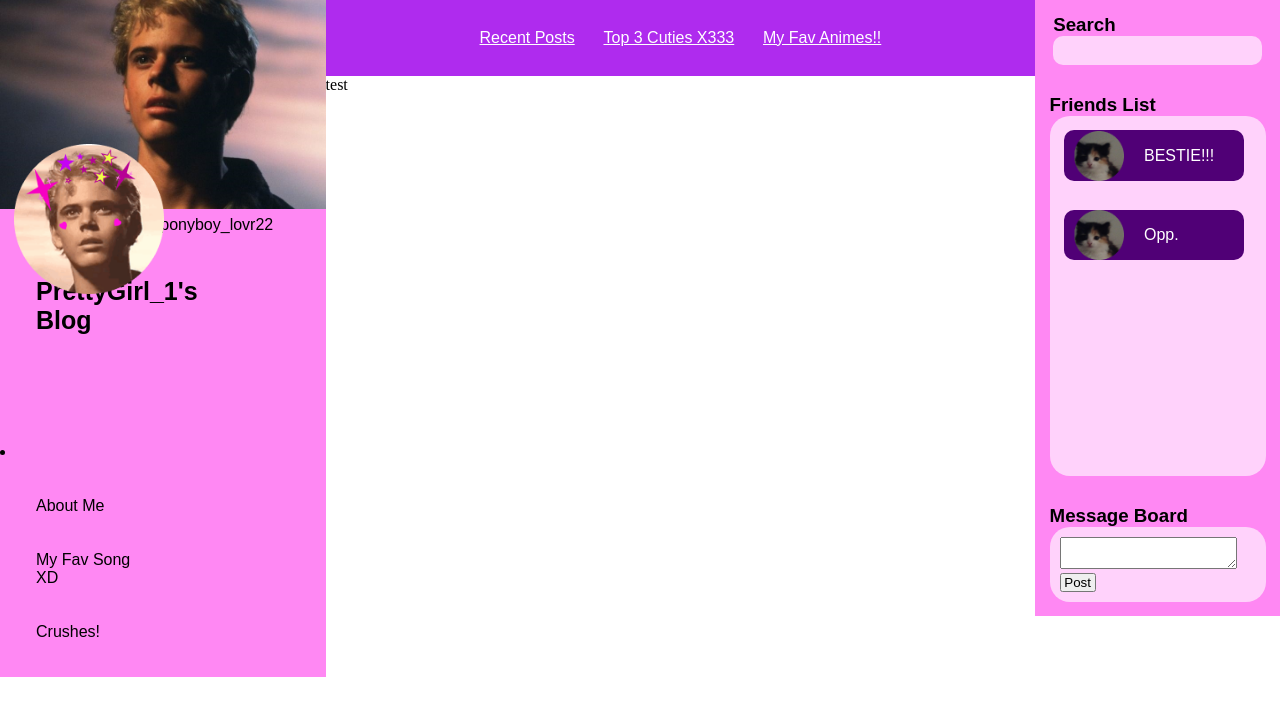
Repository: Jennica1/Frontend-Final
Page: index.html
The author's editor kept a copy of each file at every save. The page is drawn from the files as they stood at one save, then again after the next save.
The browser window is 1280 px wide. The pictures show the whole page.

Above is the page before, as saved 2024-05-23 12:06:01.

After the next save:
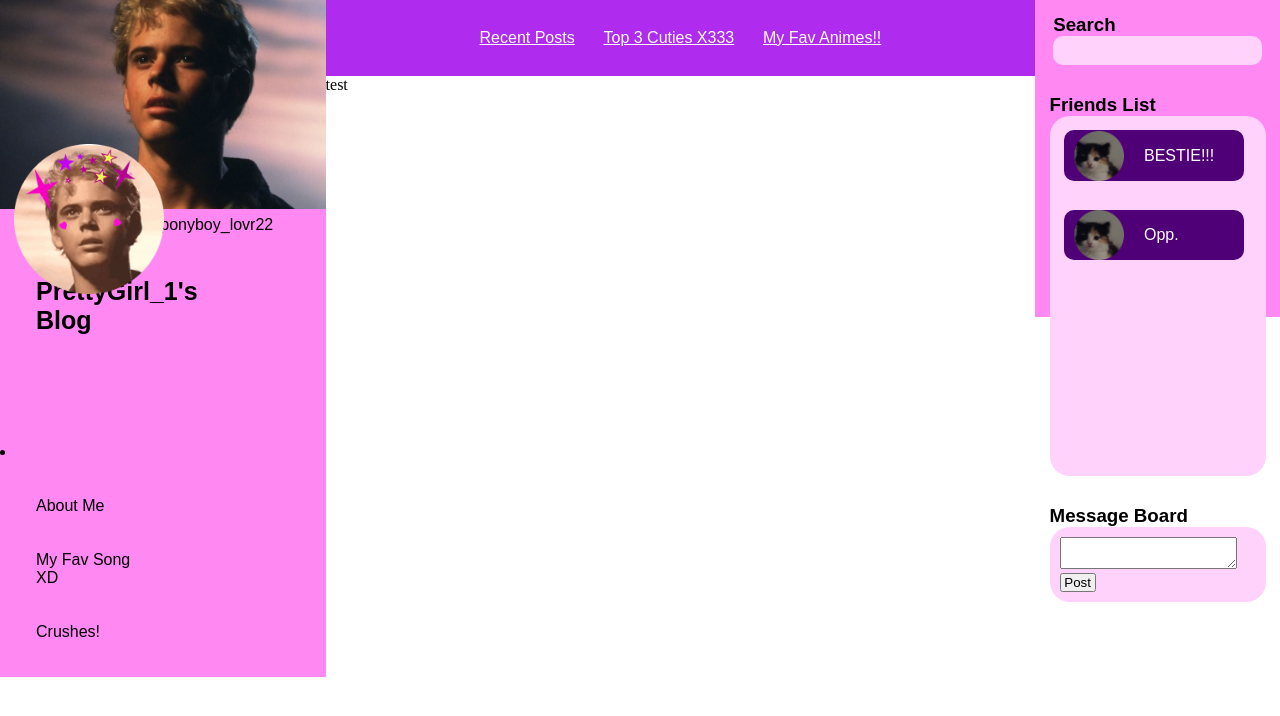
Saved 6 s later.
--- a/style.css
+++ b/style.css
@@ -95,7 +95,7 @@
   align-items: center;
   padding: 2vh;
   font-family: Arial;
-  height: max-content;
+  height: 40vh;
 }
 
 .search-bar {

After the save that followed:
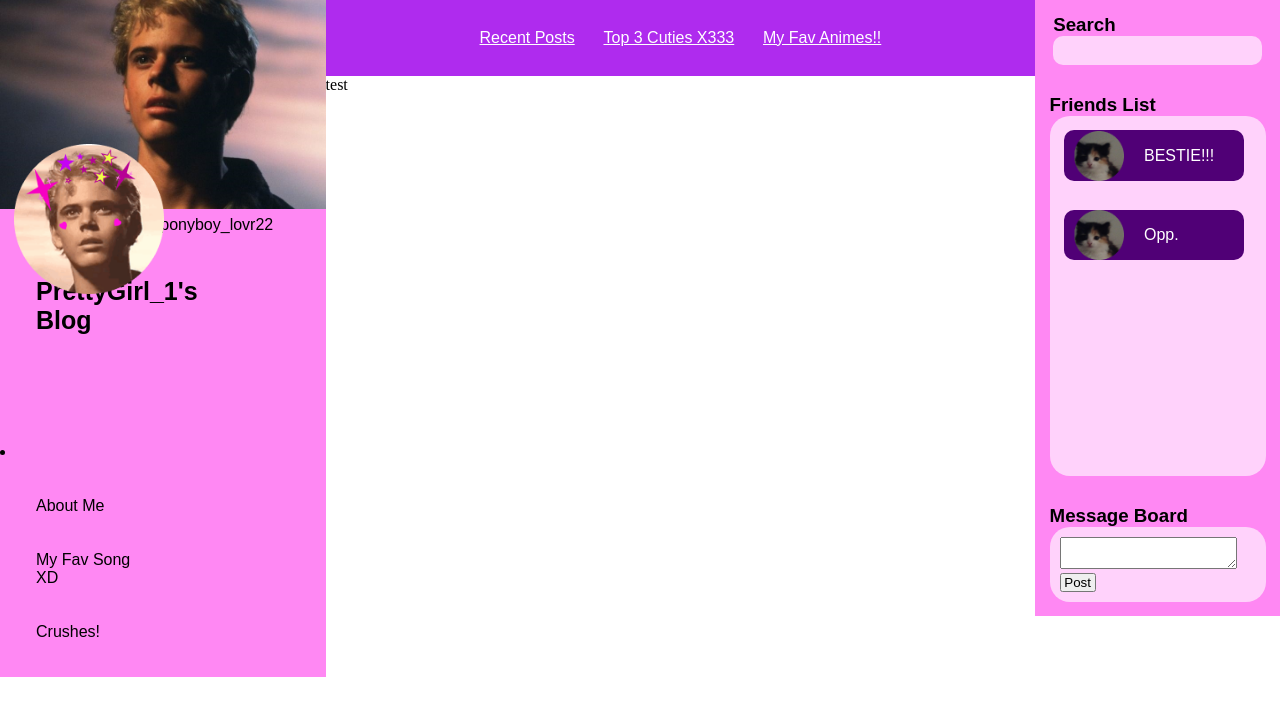
Saved 5 s later.
--- a/style.css
+++ b/style.css
@@ -95,7 +95,7 @@
   align-items: center;
   padding: 2vh;
   font-family: Arial;
-  height: 40vh;
+  height: 100%;
 }
 
 .search-bar {
